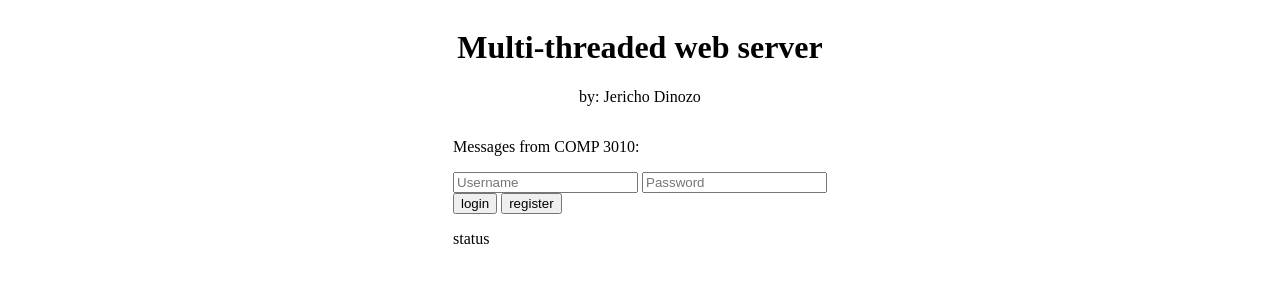
Repository: jerichodinozo/Multi-Threaded-Web-Server-Chat-Room
Page: static/index.html
These files come from the project's save history. The page is drawn as it stood at one moment and after a run of saves; the edit follows.
The browser window is 1280 px wide. The pictures show the whole page.
The page's requests for data from a server got no answer.

Above is the page before, as saved 2025-11-10 13:58:19.

### static/index.html
<!DOCTYPE html>
<html lang="en">
<head>
    <meta charset="UTF-8">
    <meta name="viewport" content="width=device-width, initial-scale=1.0">
    <title>COMP 3010 Assignment 2</title>
    <link rel="stylesheet" href="/static/styles.css">
</head>
<body style="display: flex;
            flex-direction: column;
            align-items: center;">
    <header style="text-align: center;">
        <h1>Multi-threaded web server</h1>
        <p>by: Jericho Dinozo</p>
    </header>
    <main>
        <p>Messages from COMP 3010:</p>
        <div id="credentials-input">
            <input type="text" id="username" name="username" placeholder="Username">
            <input type="text" id="password" name="password" placeholder="Password">
        </div>
        <div id="credentials-buttons">
            <button type="button" id="login-button">login</button>
            <button type="button" id="register-button">register</button>
        </div>
        <div id="message-section">
            <div id="messages" style="max-width: 600px;
                                        max-height: 700px;
                                        overflow-x:auto;
                                        overflow-y:scroll;">

            </div>
            <button type="button" id="message-button">message</button>
            <input type="text" id="msg-field" placeholder="Type message here...">
        </div>
        </div>
        <p id="status">status</p>
        <button type="button" id="logout-button">logout</button>
    </main>
</body>
<script src="script.js"></script>
</html>

### static/styles.css
body {
    display: flex;
    flex-direction: column;
    align-items: center;
}

header {
    text-align: center;
}

#messages {
    max-width: 600px;
    overflow-x:auto;
    overflow-y:scroll;
}

### static/script.js
//script.js

const login_button = document.getElementById('login-button');
const register_button = document.getElementById("register-button")
const status_text = document.getElementById("status");
const logout_button = document.getElementById("logout-button")
const message_field = document.getElementById("msg-field")
const message_button = document.getElementById('message-button');

const message_section = document.getElementById("message-section");
message_section.style.display = "none";
logout_button.style.display = "none";

const credentials_inputs = document.getElementById("credentials-input");
const credentials_buttons = document.getElementById("credentials-buttons");

function showMessages() {
    message_section.style.display = "block";
    credentials_buttons.style.display = "none"
    credentials_inputs.style.display = "none"
    logout_button.style.display = "block";

}

function showLogin() {
    credentials_buttons.style.display = "block";
    credentials_inputs.style.display = "block";
    message_section.style.display = "none"
    logout_button.style.display = "none";

}

//Login and Register Logic ----------------------------

//login button listener
login_button.addEventListener('click', function() {
    const username = document.getElementById("username").value
    const password = document.getElementById("password").value
    body = {
        username: username,
        password: password

    };
    response = send_response("POST", "/api/login", {username, password})
    status_text.textContent = response.responseText;
    if(response.status == 200) {
        showMessages();
    }

});

//register button listener
register_button.addEventListener('click', function() {
    const username = document.getElementById("username").value
    const password = document.getElementById("password").value
    body = {
        username: username,
        password: password

    };
    response = send_response("CREATE", "/api/login", {username, password})
    status_text.textContent = response.responseText;
})

//----------------------------------

logout_button.addEventListener('click', function() {
    const xhr = new XMLHttpRequest();
    xhr.open("DELETE", "/api/login", true);
    xhr.withCredentials = true;
    xhr.onload = function() {
        status_text.textContent = xhr.responseText;
        if (xhr.status === 200) {
            // Optionally reset the UI
            document.getElementById("username").value = "";
            document.getElementById("password").value = "";
            showLogin();
        }
    };
    xhr.send();
});

window.addEventListener("load", function () {
    const xhr = new XMLHttpRequest();
    xhr.open("GET", "/api/session", true);
    xhr.withCredentials = true;  // important so cookies are sent
    xhr.onload = function() {
        if (xhr.status === 200) {
            status_text.textContent = xhr.responseText;
        } else {
            status_text.textContent = "Please log in.";
        }
    };
    xhr.send();
});

//message logic
message_button.addEventListener("click", function() {
    const msg_text = message_field.value;
    if (!msg_text) return;
    const xhr = new XMLHttpRequest();
    xhr.open("POST", "/api/messages", true)
    xhr.withCredentials = true;
    xhr.setRequestHeader("Content-Type", "application/json")
    xhr.onload = function() {
        if(xhr.status === 200) {
            message_field.value = "";

        } else {
            alert("Must be logged in")
        }
    };
    xhr.send(JSON.stringify({message: msg_text}))
});

//get messages
function getMessages() {
    const xhr = new XMLHttpRequest();
    xhr.open("GET", "/api/messages", true);
    xhr.withCredentials = true;
    xhr.onload = function() {
        if(xhr.status === 200) {
            const data = JSON.parse(xhr.responseText)
            displayMessages(data)
        }
    }
    xhr.send();
}

setInterval(getMessages, 3000);

//display messages
function displayMessages(messages) {
    const msg_div = document.getElementById("messages")
    msg_div.innerHTML = "";
    for(let i = 0; i < messages.length; i++) {
        const msg = messages[i]
        const div = document.createElement("div");
        div.textContent = `${msg.author}: ${msg.message}`;
        msg_div.appendChild(div)
    }
}

/*
    Function: send_response()
    params: method, path, body

    description:
        This function sends a response using XHR to the server.
        This function has parameters:
            method - method of the request
            path - path of the request
            body - body of the request
        All of these parameters are used to form an HTTP response to the server.
*/
function send_response(method, path, body) {
    const xmlhttp = new XMLHttpRequest();
    xmlhttp.open(method, path, false)
    xmlhttp.withCredentials = true;
    xmlhttp.setRequestHeader('Content-Type', 'application/json');
    xmlhttp.send(JSON.stringify(body))
    //return xmlhttp.responseText;
    return xmlhttp;
}

After the next 2 saves:
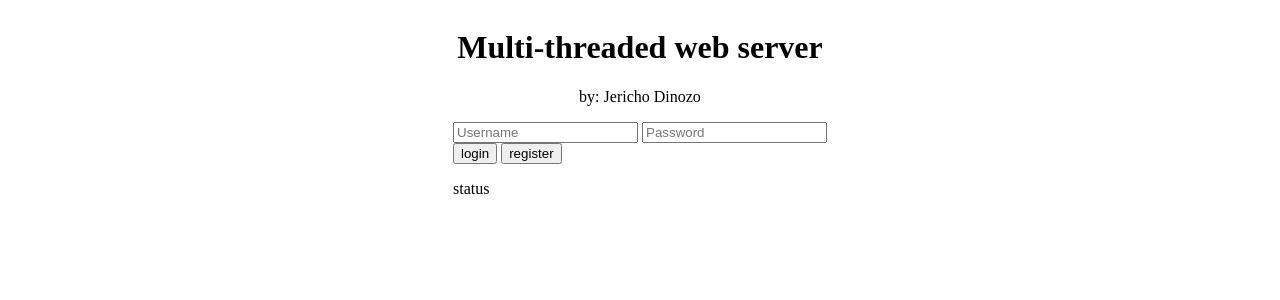
The 2 saves are shown as one change because they came seconds apart.
The last was saved 68 s later.
--- a/static/index.html
+++ b/static/index.html
@@ -14,7 +14,6 @@
         <p>by: Jericho Dinozo</p>
     </header>
     <main>
-        <p>Messages from COMP 3010:</p>
         <div id="credentials-input">
             <input type="text" id="username" name="username" placeholder="Username">
             <input type="text" id="password" name="password" placeholder="Password">
